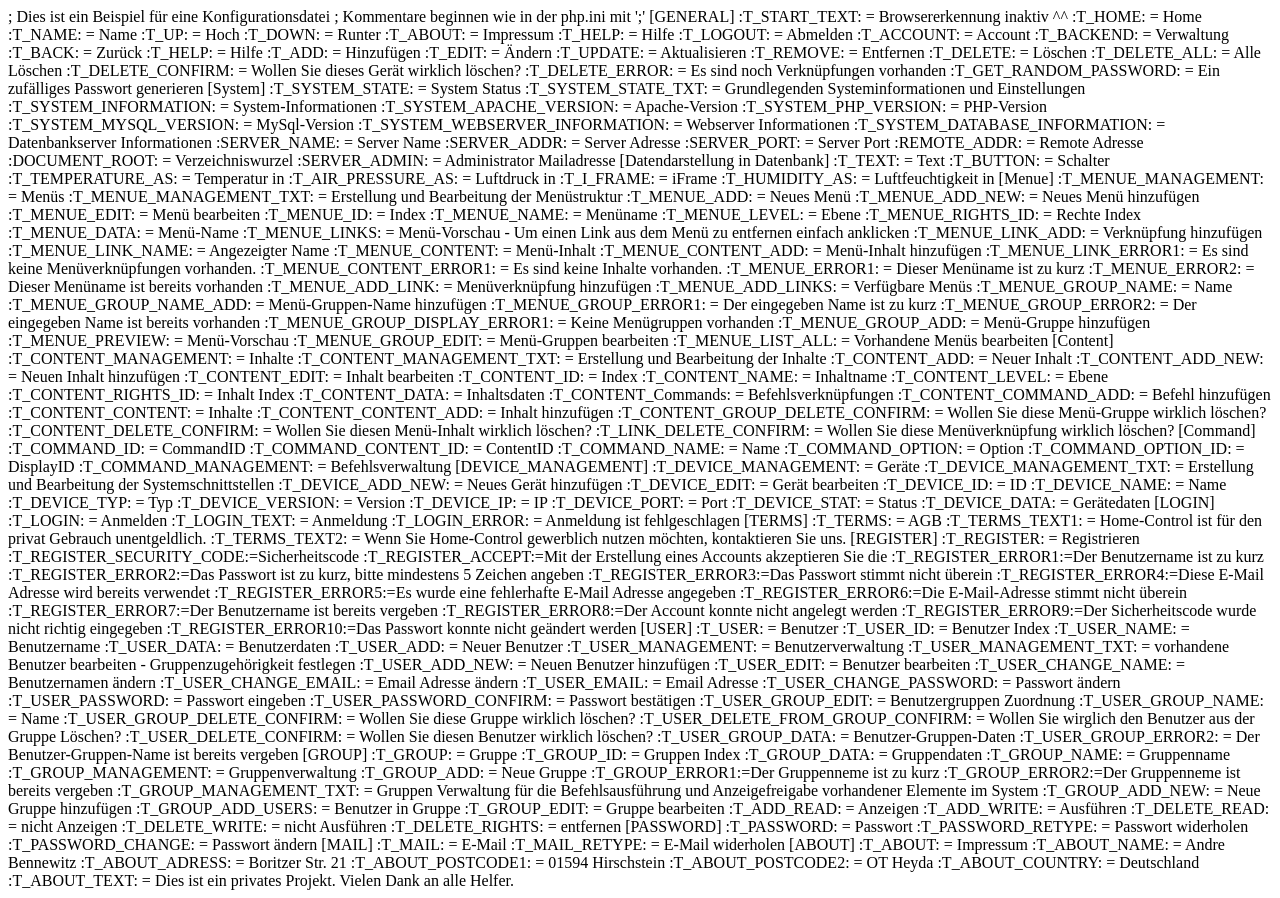
Repository: 0xF3ERROR/Home-Control
Page: http://localhost/language/lang_Ger.php
These files come from the project's save history. The page is drawn as it stood at one moment and after the next save; the edit follows.
The browser window is 1280 px wide. The pictures show the whole page.
The page is run by PHP 8.4 with error messages shown; the project is at /var/www/html/.

Above is the page before, as saved 2012-09-16 15:46:35.

### Source/language/lang_Ger.php
; Dies ist ein Beispiel für eine Konfigurationsdatei
; Kommentare beginnen wie in der php.ini mit ';'


[GENERAL]
:T_START_TEXT: = Browsererkennung inaktiv ^^
:T_HOME: = Home
:T_NAME: = Name
:T_UP: = Hoch
:T_DOWN: = Runter
:T_ABOUT: = Impressum
:T_HELP: = Hilfe
:T_LOGOUT: = Abmelden
:T_ACCOUNT: = Account
:T_BACKEND: = Verwaltung
:T_BACK: = Zurück
:T_HELP: = Hilfe
:T_ADD: = Hinzufügen
:T_EDIT: = Ändern
:T_UPDATE: = Aktualisieren
:T_REMOVE: = Entfernen
:T_DELETE: = Löschen
:T_DELETE_ALL: = Alle Löschen
:T_DELETE_CONFIRM: = Wollen Sie dieses Gerät wirklich löschen?
:T_DELETE_ERROR: = Es sind noch Verknüpfungen vorhanden
:T_GET_RANDOM_PASSWORD: = Ein zufälliges Passwort generieren


[System]
:T_SYSTEM_STATE: = System Status
:T_SYSTEM_STATE_TXT: = Grundlegenden Systeminformationen und Einstellungen
:T_SYSTEM_INFORMATION: = System-Informationen
:T_SYSTEM_APACHE_VERSION: = Apache-Version
:T_SYSTEM_PHP_VERSION: = PHP-Version
:T_SYSTEM_MYSQL_VERSION: = MySql-Version
:T_SYSTEM_WEBSERVER_INFORMATION: = Webserver Informationen
:T_SYSTEM_DATABASE_INFORMATION: = Datenbankserver Informationen
:SERVER_NAME: = Server Name
:SERVER_ADDR: = Server Adresse
:SERVER_PORT: = Server Port
:REMOTE_ADDR: = Remote Adresse
:DOCUMENT_ROOT: = Verzeichniswurzel
:SERVER_ADMIN: = Administrator Mailadresse





[Datendarstellung in Datenbank]
:T_TEXT: = Text
:T_BUTTON: = Schalter
:T_TEMPERATURE_AS: = Temperatur in
:T_AIR_PRESSURE_AS: = Luftdruck in
:T_I_FRAME: = iFrame
:T_HUMIDITY_AS: = Luftfeuchtigkeit in



[Menue]
:T_MENUE_MANAGEMENT: = Menüs
:T_MENUE_MANAGEMENT_TXT: = Erstellung und Bearbeitung der Menüstruktur
:T_MENUE_ADD: = Neues Menü
:T_MENUE_ADD_NEW: = Neues Menü hinzufügen
:T_MENUE_EDIT: = Menü bearbeiten
:T_MENUE_ID: = Index
:T_MENUE_NAME: = Menüname
:T_MENUE_LEVEL: = Ebene
:T_MENUE_RIGHTS_ID: = Rechte Index
:T_MENUE_DATA: = Menü-Name
:T_MENUE_LINKS: = Menü-Vorschau - Um einen Link aus dem Menü zu entfernen einfach anklicken
:T_MENUE_LINK_ADD: = Verknüpfung hinzufügen
:T_MENUE_LINK_NAME: = Angezeigter Name
:T_MENUE_CONTENT: = Menü-Inhalt
:T_MENUE_CONTENT_ADD: = Menü-Inhalt hinzufügen
:T_MENUE_LINK_ERROR1: = Es sind keine Menüverknüpfungen vorhanden.
:T_MENUE_CONTENT_ERROR1: = Es sind keine Inhalte vorhanden.
:T_MENUE_ERROR1: = Dieser Menüname ist zu kurz
:T_MENUE_ERROR2: = Dieser Menüname ist bereits vorhanden
:T_MENUE_ADD_LINK: = Menüverknüpfung hinzufügen
:T_MENUE_ADD_LINKS: = Verfügbare Menüs
:T_MENUE_GROUP_NAME: = Name
:T_MENUE_GROUP_NAME_ADD: = Menü-Gruppen-Name hinzufügen
:T_MENUE_GROUP_ERROR1: = Der eingegeben Name ist zu kurz
:T_MENUE_GROUP_ERROR2: = Der eingegeben Name ist bereits vorhanden
:T_MENUE_GROUP_DISPLAY_ERROR1: = Keine Menügruppen vorhanden
:T_MENUE_GROUP_ADD: = Menü-Gruppe hinzufügen
:T_MENUE_PREVIEW: = Menü-Vorschau
:T_MENUE_GROUP_EDIT: = Menü-Gruppen bearbeiten
:T_MENUE_LIST_ALL: = Vorhandene Menüs bearbeiten

[Content]
:T_CONTENT_MANAGEMENT: = Inhalte
:T_CONTENT_MANAGEMENT_TXT: = Erstellung und Bearbeitung der Inhalte
:T_CONTENT_ADD: = Neuer Inhalt
:T_CONTENT_ADD_NEW: = Neuen Inhalt hinzufügen
:T_CONTENT_EDIT: = Inhalt bearbeiten
:T_CONTENT_ID: = Index
:T_CONTENT_NAME: = Inhaltname
:T_CONTENT_LEVEL: = Ebene
:T_CONTENT_RIGHTS_ID: = Inhalt Index
:T_CONTENT_DATA: = Inhaltsdaten
:T_CONTENT_Commands: = Befehlsverknüpfungen
:T_CONTENT_COMMAND_ADD: = Befehl hinzufügen
:T_CONTENT_CONTENT: = Inhalte
:T_CONTENT_CONTENT_ADD: = Inhalt hinzufügen
:T_CONTENT_GROUP_DELETE_CONFIRM: = Wollen Sie diese Menü-Gruppe wirklich löschen?
:T_CONTENT_DELETE_CONFIRM: = Wollen Sie diesen Menü-Inhalt wirklich löschen?
:T_LINK_DELETE_CONFIRM: = Wollen Sie diese Menüverknüpfung wirklich löschen?



[Command]
:T_COMMAND_ID: = CommandID
:T_COMMAND_CONTENT_ID: = ContentID
:T_COMMAND_NAME: = Name
:T_COMMAND_OPTION: = Option
:T_COMMAND_OPTION_ID: = DisplayID
:T_COMMAND_MANAGEMENT: = Befehlsverwaltung


[DEVICE_MANAGEMENT]
:T_DEVICE_MANAGEMENT: = Geräte
:T_DEVICE_MANAGEMENT_TXT: = Erstellung und Bearbeitung der Systemschnittstellen
:T_DEVICE_ADD_NEW: = Neues Gerät hinzufügen
:T_DEVICE_EDIT: = Gerät bearbeiten
:T_DEVICE_ID: = ID
:T_DEVICE_NAME: = Name
:T_DEVICE_TYP: = Typ
:T_DEVICE_VERSION: = Version
:T_DEVICE_IP: = IP
:T_DEVICE_PORT: = Port
:T_DEVICE_STAT: = Status
:T_DEVICE_DATA: = Gerätedaten


[LOGIN]
:T_LOGIN: = Anmelden
:T_LOGIN_TEXT: = Anmeldung
:T_LOGIN_ERROR: = Anmeldung ist fehlgeschlagen


[TERMS]
:T_TERMS: = AGB
:T_TERMS_TEXT1: = Home-Control ist für den privat Gebrauch unentgeldlich.
:T_TERMS_TEXT2: = Wenn Sie Home-Control gewerblich nutzen möchten, kontaktieren Sie uns.


[REGISTER]
:T_REGISTER: = Registrieren
:T_REGISTER_SECURITY_CODE:=Sicherheitscode
:T_REGISTER_ACCEPT:=Mit der Erstellung eines Accounts akzeptieren Sie die
:T_REGISTER_ERROR1:=Der Benutzername ist zu kurz
:T_REGISTER_ERROR2:=Das Passwort ist zu kurz, bitte mindestens 5 Zeichen angeben
:T_REGISTER_ERROR3:=Das Passwort stimmt nicht überein
:T_REGISTER_ERROR4:=Diese E-Mail Adresse wird bereits verwendet
:T_REGISTER_ERROR5:=Es wurde eine fehlerhafte E-Mail Adresse angegeben
:T_REGISTER_ERROR6:=Die E-Mail-Adresse stimmt nicht überein
:T_REGISTER_ERROR7:=Der Benutzername ist bereits vergeben
:T_REGISTER_ERROR8:=Der Account konnte nicht angelegt werden
:T_REGISTER_ERROR9:=Der Sicherheitscode wurde nicht richtig eingegeben
:T_REGISTER_ERROR10:=Das Passwort konnte nicht geändert werden


[USER]
:T_USER: = Benutzer
:T_USER_ID: = Benutzer Index
:T_USER_NAME: = Benutzername
:T_USER_DATA: = Benutzerdaten
:T_USER_ADD: = Neuer Benutzer
:T_USER_MANAGEMENT: = Benutzerverwaltung
:T_USER_MANAGEMENT_TXT: = vorhandene Benutzer bearbeiten - Gruppenzugehörigkeit festlegen
:T_USER_ADD_NEW: = Neuen Benutzer hinzufügen
:T_USER_EDIT: = Benutzer bearbeiten
:T_USER_CHANGE_NAME: = Benutzernamen ändern
:T_USER_CHANGE_EMAIL: = Email Adresse ändern
:T_USER_EMAIL: = Email Adresse
:T_USER_CHANGE_PASSWORD: = Passwort ändern
:T_USER_PASSWORD: = Passwort eingeben
:T_USER_PASSWORD_CONFIRM: = Passwort bestätigen
:T_USER_GROUP_EDIT: = Benutzergruppen Zuordnung
:T_USER_GROUP_NAME: = Name
:T_USER_GROUP_DELETE_CONFIRM: = Wollen Sie diese Gruppe wirklich löschen?
:T_USER_DELETE_FROM_GROUP_CONFIRM: = Wollen Sie wirglich den Benutzer aus der Gruppe Löschen?
:T_USER_DELETE_CONFIRM: = Wollen Sie diesen Benutzer wirklich löschen?
:T_USER_GROUP_DATA: = Benutzer-Gruppen-Daten
:T_USER_GROUP_ERROR2: = Der Benutzer-Gruppen-Name ist bereits vergeben

[GROUP]
:T_GROUP: = Gruppe
:T_GROUP_ID: = Gruppen Index
:T_GROUP_DATA: = Gruppendaten
:T_GROUP_NAME: = Gruppenname
:T_GROUP_MANAGEMENT: = Gruppenverwaltung
:T_GROUP_ADD: = Neue Gruppe
:T_GROUP_ERROR1:=Der Gruppenneme ist zu kurz
:T_GROUP_ERROR2:=Der Gruppenneme ist bereits vergeben
:T_GROUP_MANAGEMENT_TXT: = Gruppen Verwaltung für die Befehlsausführung und Anzeigefreigabe vorhandener Elemente im System
:T_GROUP_ADD_NEW: = Neue Gruppe hinzufügen
:T_GROUP_ADD_USERS: = Benutzer in Gruppe
:T_GROUP_EDIT: = Gruppe bearbeiten
:T_ADD_READ: = Anzeigen
:T_ADD_WRITE: = Ausführen
:T_DELETE_READ: = nicht Anzeigen
:T_DELETE_WRITE: = nicht Ausführen
:T_DELETE_RIGHTS: = entfernen

[PASSWORD]
:T_PASSWORD: = Passwort
:T_PASSWORD_RETYPE: = Passwort widerholen
:T_PASSWORD_CHANGE: = Passwort ändern


[MAIL]
:T_MAIL: = E-Mail
:T_MAIL_RETYPE: = E-Mail widerholen


[ABOUT]
:T_ABOUT: = Impressum
:T_ABOUT_NAME: = Andre Bennewitz
:T_ABOUT_ADRESS: = Boritzer Str. 21
:T_ABOUT_POSTCODE1: = 01594 Hirschstein
:T_ABOUT_POSTCODE2: = OT Heyda
:T_ABOUT_COUNTRY: = Deutschland
:T_ABOUT_TEXT: = Dies ist ein privates Projekt. Vielen Dank an alle Helfer.

After the next save:
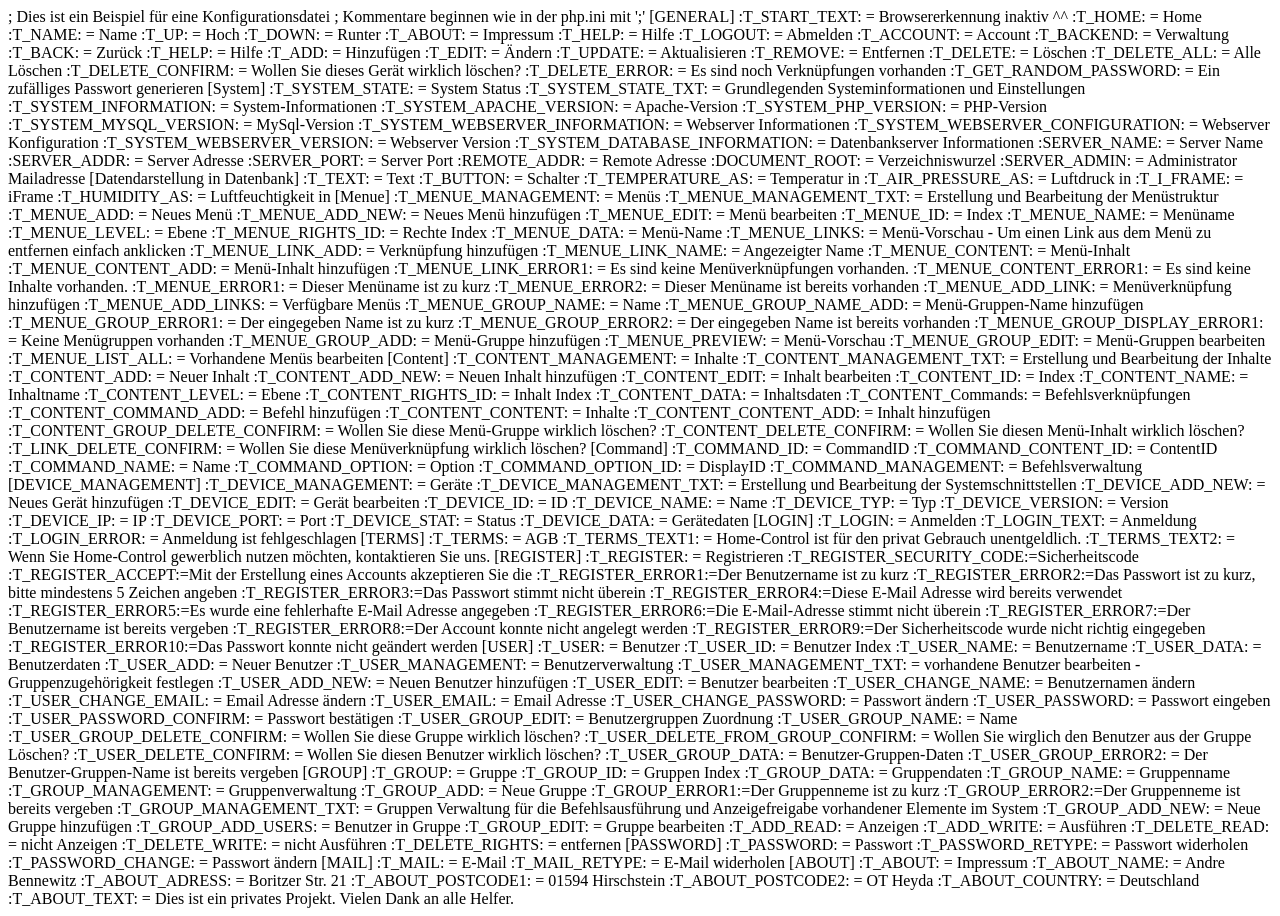
Saved 73 s later.
--- a/Source/language/lang_Ger.php
+++ b/Source/language/lang_Ger.php
@@ -34,6 +34,8 @@
 :T_SYSTEM_PHP_VERSION: = PHP-Version
 :T_SYSTEM_MYSQL_VERSION: = MySql-Version
 :T_SYSTEM_WEBSERVER_INFORMATION: = Webserver Informationen
+:T_SYSTEM_WEBSERVER_CONFIGURATION: = Webserver Konfiguration
+:T_SYSTEM_WEBSERVER_VERSION: = Webserver Version
 :T_SYSTEM_DATABASE_INFORMATION: = Datenbankserver Informationen
 :SERVER_NAME: = Server Name
 :SERVER_ADDR: = Server Adresse
